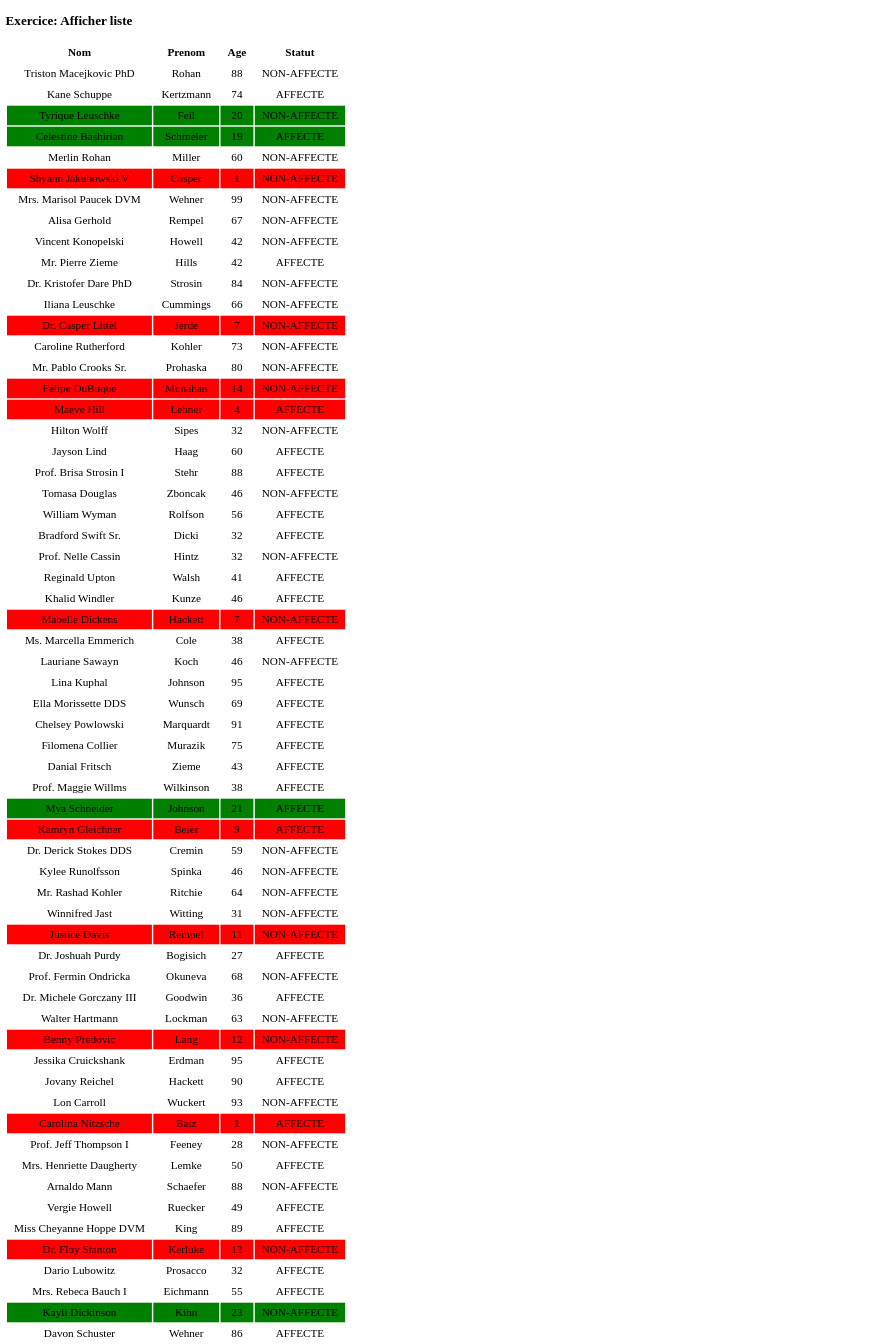
Repository: Bfabien99/PHPREPO
Page: http://localhost/
The author's editor kept a copy of each file at every save. The page is drawn from the files as they stood at one save, then again after the next save.
The browser window is 1280 px wide. The pictures show the part of the page from y = 0 to 1920 px (the page is 3069 px tall), at 70% of full size.
The page is run by PHP 8.4 with error messages shown; the project is at /var/www/html/.

Above is the page before, as saved 2021-12-10 10:54:50.

### MakeFakeData/src/index.php
<?php
require_once '../vendor/autoload.php';


$faker = Faker\Factory::create();
$i = 0;
$list = [];

while($i<= 100) {

	$person = [];
	$person["nom"] = $faker->name;
	$person["prenom"] = $faker->lastName;
	$person["age"] = $faker->numberBetween($min=1,$max=99);
	$person["statut"] = $faker->randomElement(["AFFECTE","NON-AFFECTE"]);
	$list[] = $person;
	$i++;
}
?>
<!DOCTYPE html>
<html lang="en">
<head>
    <meta charset="UTF-8">
    <meta http-equiv="X-UA-Compatible" content="IE=edge">
    <meta name="viewport" content="width=device-width, initial-scale=1.0">
    <title>Document</title>
    <style>
        thead{
            font-weight:bold;
        }

        td{
            padding:5px 10px;
            text-align:center;
        }

        tr.red{
            background-color:red;
        }
        tr.green{
            background-color: green;
        }
        tr.yellow{
            background-color:yellow;
        }
    </style>
</head>
<body>
    <?php
        echo "<h3>Exercice: Afficher liste</h3>";
        $id;
        // $i=0;
        echo"<table><thead><tr><td>Nom</td><td>Prenom</td><td>Age</td><td>Statut</td></tr></thead>";
        echo"<tbody>";
        foreach ($list as $key=>$value) {
            // if($value["statut"]!="NON-AFFECTE"){
            // echo"<tr>";
            // echo "<td>".$value["nom"]."</td>";
            // echo "<td>".$value["prenom"]."</td>";
            // echo "<td>".$value["age"]."</td>";
            // echo "<td>".$value["statut"]."</td>";
            // echo"</tr>";
            // }

			$age = $value["age"];
            switch ($age) {
                case $age > 0 && $age < 18 :
                    echo '<tr class="red"><td>'.$value["nom"].'</td>
                    <td>'.$value["prenom"].'</td>
                    <td>'.$value["age"].'</td>
                    <td>'.$value["statut"].'</td>
                    </tr>';
					break;
                case ($age > 18 && $age < 25):
                    echo '<tr class="green"><td >'.$value["nom"].'</td>
                    <td>'.$value["prenom"].'</td>
                    <td>'.$value["age"].'</td>
                    <td>'.$value["statut"].'</td>
                    </tr>';
                    break;
                case $value["age"] > 25:
                    echo '<tr><td class="yellow">'.$value["nom"].'</td>
                    <td class="yellow">'.$value["prenom"].'</td>
                    <td class="yellow">'.$value["age"].'</td>
                    <td class="yellow">'.$value["statut"].'</td>
                    </tr>';
                    # code...
                    break;

                default:
                    # code...
                    break;
            }
            # code...
        }


        echo"</tbody></table>";
    ?>
</body>
</html>

After the next save:
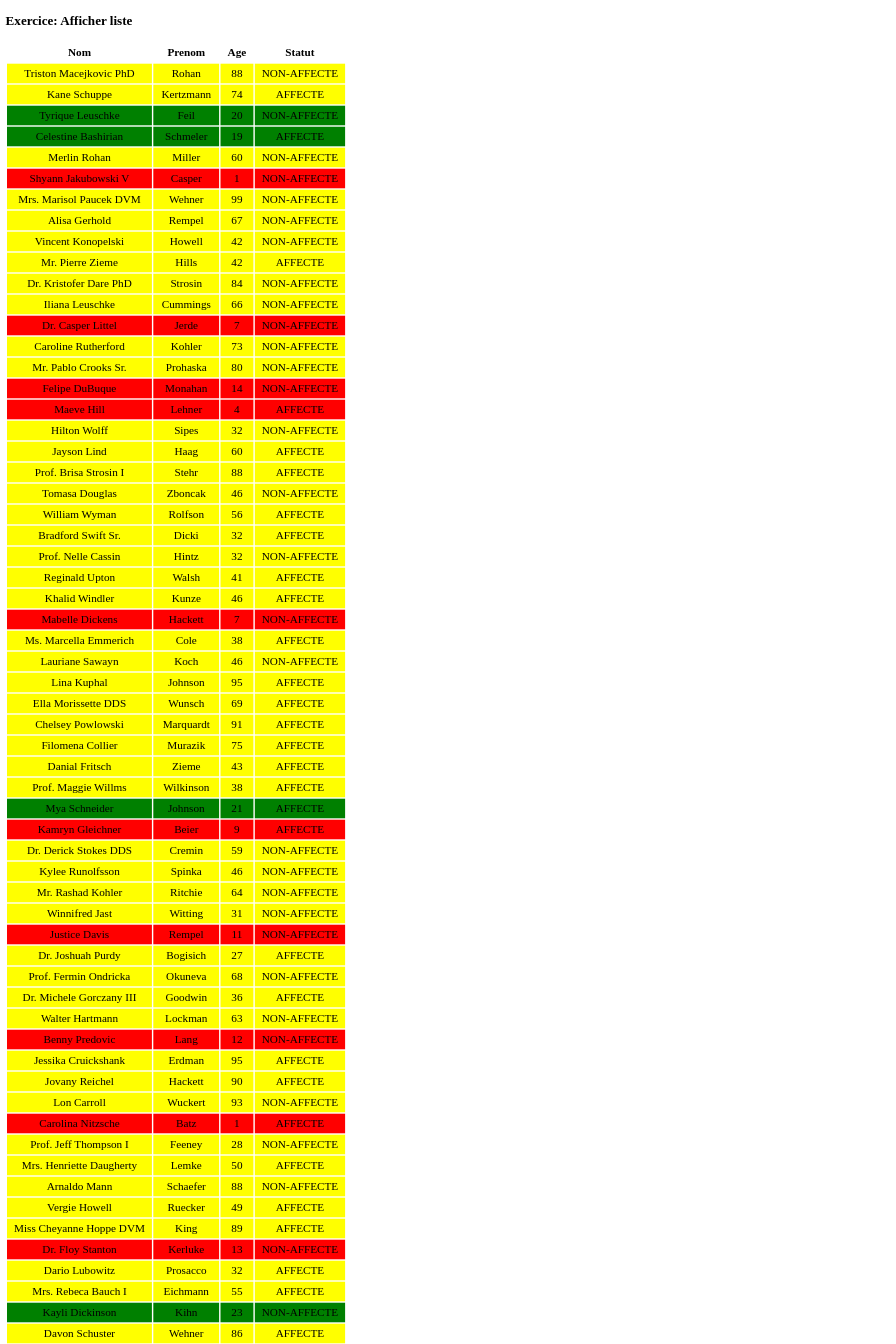
Saved 6 s later.
--- a/MakeFakeData/src/index.php
+++ b/MakeFakeData/src/index.php
@@ -79,7 +79,7 @@ while($i<= 100) {
                     </tr>';
                     break;
                 case $value["age"] > 25:
-                    echo '<tr><td class="yellow">'.$value["nom"].'</td>
+                    echo '<tr class="yellow"><td >'.$value["nom"].'</td>
                     <td class="yellow">'.$value["prenom"].'</td>
                     <td class="yellow">'.$value["age"].'</td>
                     <td class="yellow">'.$value["statut"].'</td>
